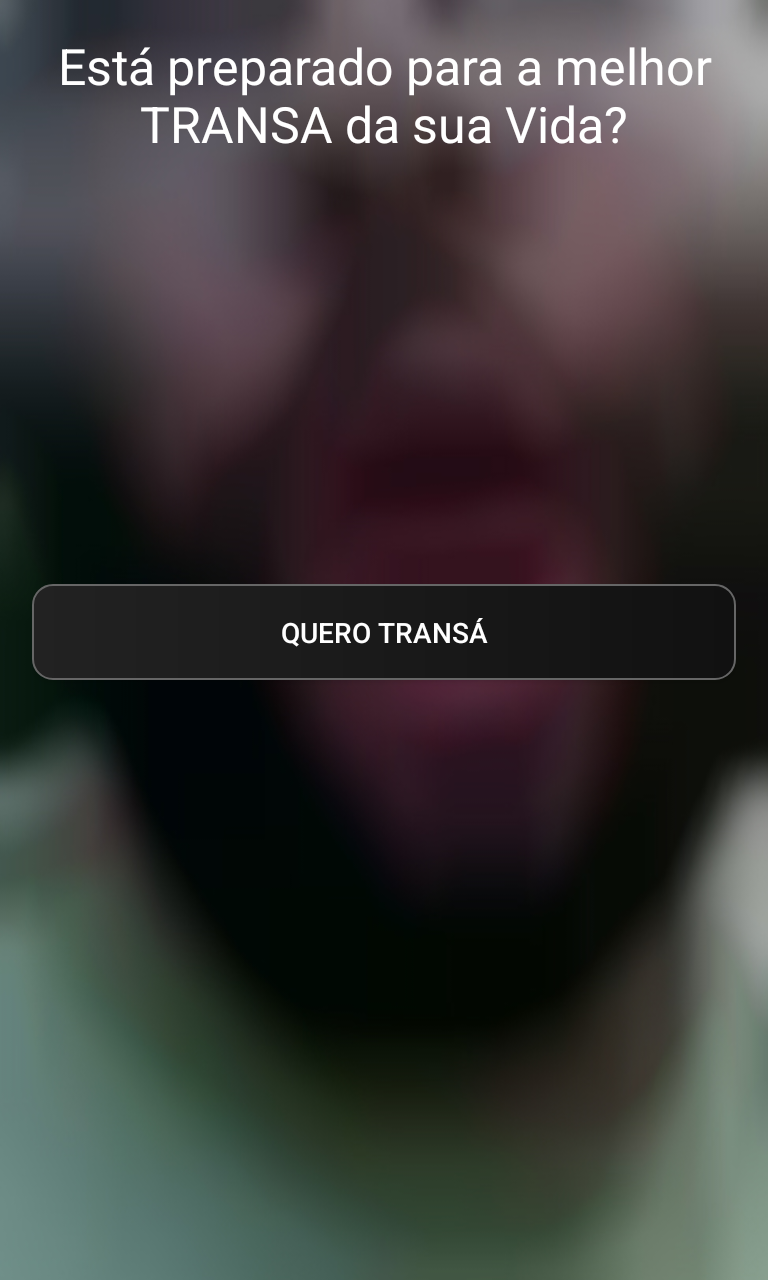
Repository: Cookahn/bioca_sounds
Layout: ChicoBiocaApp/res/layout/activity_main.xml
An editor plug-in stored every save of this project. The layout is shown before and after the next save, followed by the edit.
It is drawn on a 768 x 1280 px phone screen (xhdpi) without system bars, with theme AppTheme; the app's code is not run.

Above is the layout before, as saved 2014-08-12 13:18:06.

After the next save:
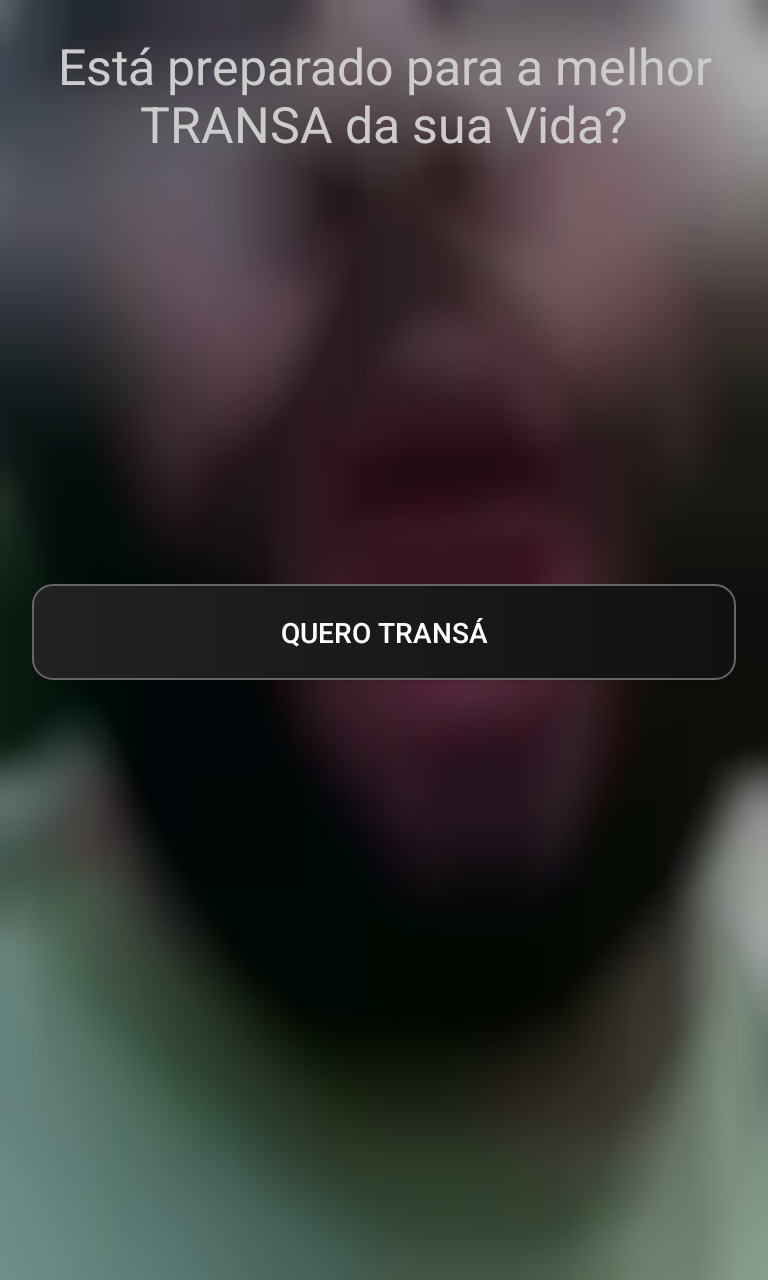
Saved 23 s later.
--- a/ChicoBiocaApp/res/layout/activity_main.xml
+++ b/ChicoBiocaApp/res/layout/activity_main.xml
@@ -15,7 +15,7 @@
         android:layout_height="wrap_content"
         android:gravity="center_horizontal"
         android:text="@string/are_you_ready"
-        android:textColor="#fff"
+        android:textColor="#ccc"
         android:textSize="25sp" /><LinearLayout
         android:layout_width="match_parent"
         android:layout_height="match_parent"
